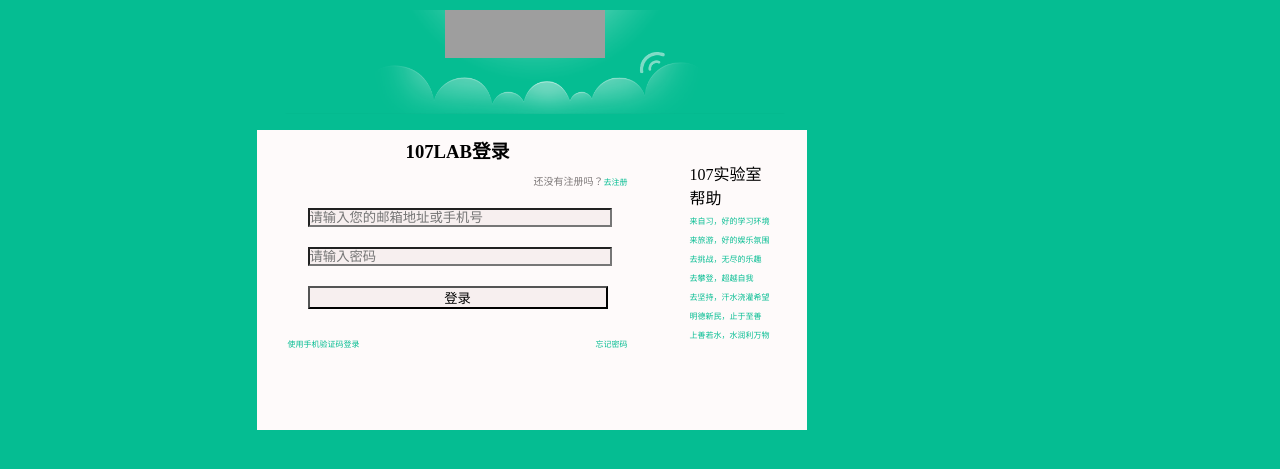
Repository: zz-yy/2023_homework
Page: 第一次考核作业/mazehua/index.html
These files come from the project's save history. The page is drawn as it stood at one moment and after the next save; the edit follows.
The browser window is 1280 px wide. The pictures show the whole page.
Pictures or frames that could not be fetched are drawn as grey boxes.

Above is the page before, as saved 2024-04-04 22:32:18.

### 第一次考核作业/mazehua/index.html
<!DOCTYPE html>
<html lang="en">

<head>
    <meta charset="UTF-8">
    <meta http-equiv="X-UA-Compatible" content="IE=edge">
    <meta name="viewport" content="width=device-width, initial-scale=1.0">
    <title>107LAB登录</title>
    <!--引入css样式表-->
    <link rel="stylesheet" href="index.css">
    <!--引入图标样式-->
    <link rel="stylesheet" href="./iconfont.css">

</head>

<body>

    <div class="logbj">
        <div class="logo"><img src="./images/logo.png"></div><br>
    </div>

    <div class="login">
        <ul class="left">
            <li>
                <h3>107LAB登录</h3>
                <span class="tishi">还没有注册吗？<a href="#">去注册</a></span>
                <form action="#">
                    <input type="text" placeholder="请输入您的邮箱地址或手机号" name="text"><br>
                    <input type="password"  placeholder="请输入密码" name="psd"><br>
                    <input type="submit" value="登录">
                </form>
                <div class="forget"><span class="L"><a href="#">使用手机验证码登录</a> </span> <span class="R"><a href="#">忘记密码</a></span></div>
            </li>
        </ul>
        <ul class="right">
            <li>
                <h7>107实验室帮助</h7>
            </li>
           <li> <a href="#">来自习，好的学习环境</a></li>
           <li> <a href="#">来旅游，好的娱乐氛围</a></li>
            <li><a href="#">去挑战，无尽的乐趣</a></li>
            <li><a href="#">去攀登，超越自我</a></li>
            <li><a href="#">去坚持，汗水浇灌希望</a></li>
            <li><a href="#">明德新民，止于至善</a></li>
            <li><a href="#">上善若水，水润利万物</a></li>
        </ul>
    </div>


</body>

</html>

### 第一次考核作业/mazehua/index.css
* {
    margin: 0px;
    padding: 0px;
}

body {

    background: rgb(5, 189, 146);
    float: left;

}

.logbj {
    background-image: url(/images/bg_reg_wave.png);
    background-repeat: no-repeat;
    background-size: 500px;
    width: 550px;
    height: 100px;
    margin: 10px 50%;

    padding: 10px 10px;
}

.logo {
    height: 60px;
    width: 200px;
    margin: 10px 120px;

}

.logo img {
    width: 80%;
    height: 80%;
    position: relative;
    left: 30px;
    top: -20px;
}

.login {
    display: flex;
    height: 300px;
    width: 550px;
    margin: -10px 45%;
    background: #fefafa;

}

h3{
    text-align: center;
}

li {
    list-style: none;
    padding: 0px 0px;
    margin: 1px;
}

a {
    text-decoration: none;

}

.tishi {
    float: right;
    font-size: 10px;
    color: #7e7979;
    margin: 10px 0px ;
}
 a{
    font-size: 8px;
    color: rgb(5, 189, 146);
}

.left {
    width: 370px;
    height: 200px;
    margin: 0px 20px;
    float: left;
    padding: 5px 10px;
}
form{
    height: 150px;
    width: 320px;
    margin: 10px;
}
input{
    margin: 10px;
    width: 300px;
    outline-style: none;
    background: rgb(247, 239, 239);
    border-radius: 1px solid #ccc ;
}
.right {
    height: 250px;
    width: 150px;
    float: right;
    padding: auto;
    margin: 30px ;
}
.L{
    float: left;
}
.R{
    float:right;
}

### 第一次考核作业/mazehua/iconfont/iconfont.css
@font-face {
  font-family: "iconfont"; /* Project id  */
  src: url('iconfont.ttf?t=1712408906963') format('truetype');
}

.iconfont {
  font-family: "iconfont" !important;
  font-size: 16px;
  font-style: normal;
  -webkit-font-smoothing: antialiased;
  -moz-osx-font-smoothing: grayscale;
}

.icon-qq:before {
  content: "\e66a";
}

.icon-weixin:before {
  content: "\e633";
}

.icon-zhanghu:before {
  content: "\e62b";
}

.icon-weixin1:before {
  content: "\e64b";
}

.icon-qq-copy:before {
  content: "\e658";
}

.icon-QQ:before {
  content: "\e73e";
}

.icon-GitHub:before {
  content: "\ea0a";
}

.icon-Oracle:before {
  content: "\ea23";
}

.icon-QQ1:before {
  content: "\e882";
}

.icon-zaixianlianxi:before {
  content: "\e6a7";
}

.icon-QQkongjian:before {
  content: "\e666";
}

.icon-QQ2:before {
  content: "\e667";
}

.icon-search:before {
  content: "\e611";
}

.icon-qq1:before {
  content: "\e636";
}

.icon-weixin2:before {
  content: "\e782";
}

.icon-weixin3:before {
  content: "\e607";
}

.icon-QQ3:before {
  content: "\ea94";
}

After the next save:
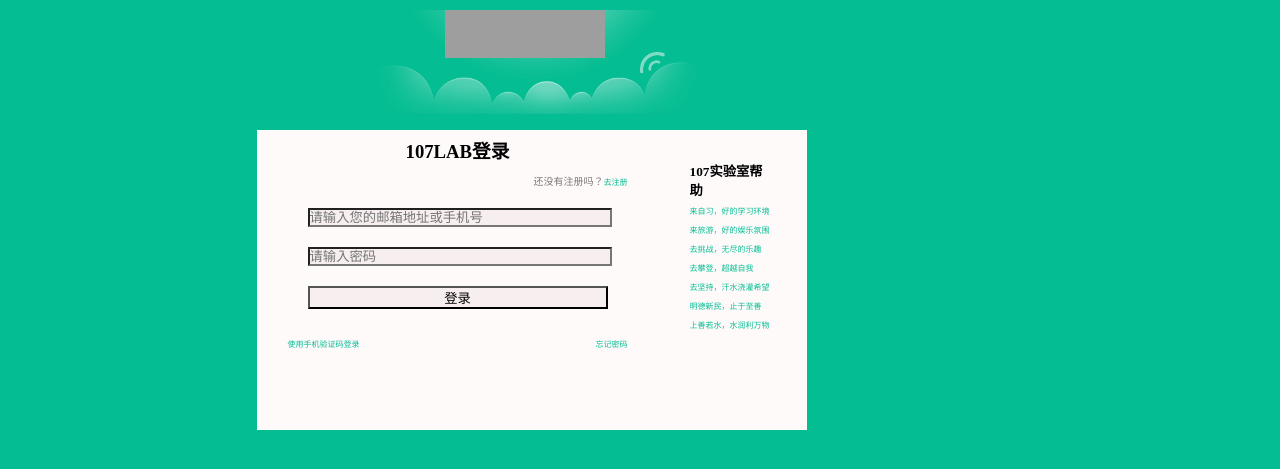
Saved 8 s later.
--- a/第一次考核作业/mazehua/index.html
+++ b/第一次考核作业/mazehua/index.html
@@ -34,7 +34,7 @@
         </ul>
         <ul class="right">
             <li>
-                <h7>107实验室帮助</h7>
+                <h5>107实验室帮助</h5>
             </li>
            <li> <a href="#">来自习，好的学习环境</a></li>
            <li> <a href="#">来旅游，好的娱乐氛围</a></li>

After the save that followed:
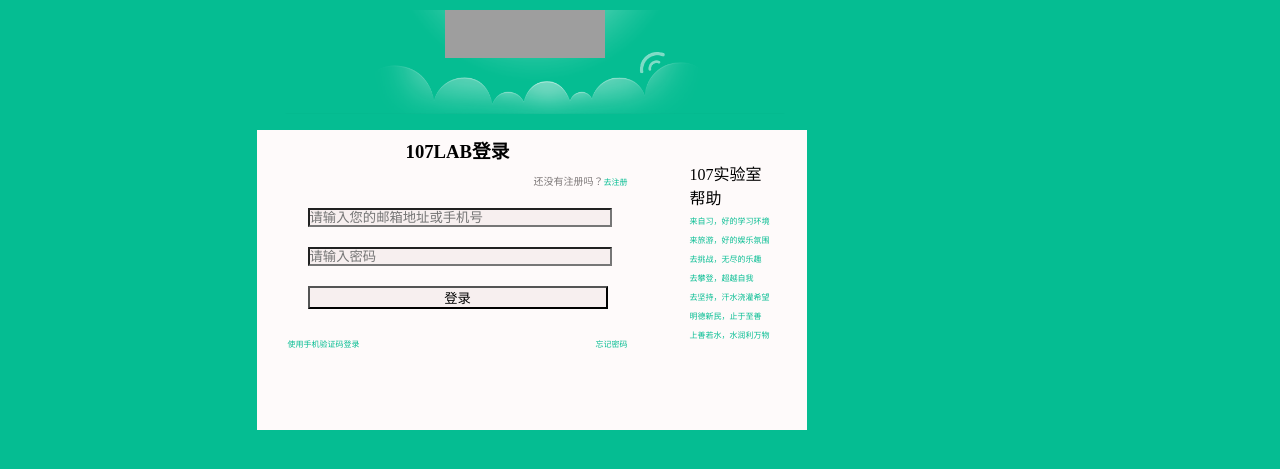
Saved 7 s later.
--- a/第一次考核作业/mazehua/index.html
+++ b/第一次考核作业/mazehua/index.html
@@ -34,7 +34,7 @@
         </ul>
         <ul class="right">
             <li>
-                <h5>107实验室帮助</h5>
+                <h7>107实验室帮助</h7>
             </li>
            <li> <a href="#">来自习，好的学习环境</a></li>
            <li> <a href="#">来旅游，好的娱乐氛围</a></li>
